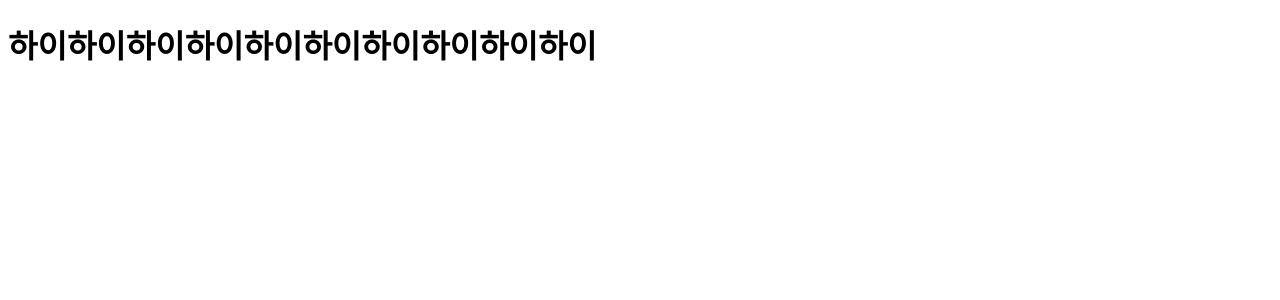
Repository: praivesi/mvc_workspace
Page: http://localhost/mvc/w20190115/jstlEx04.jsp
The author's editor kept a copy of each file at every save. The page is drawn from the files as they stood at one save, then again after the next save.
The browser window is 1280 px wide. The pictures show the whole page.
The page is served by Tomcat 9. Other server files are loaded and not shown.

Above is the page before, as saved 2019-01-15 11:33:01.

### mvc/WebContent/w20190115/jstlEx04.jsp
<%@ page language="java" contentType="text/html; charset=UTF-8"
    pageEncoding="UTF-8"%>
    <%@ taglib uri="http://java.sun.com/jsp/jstl/core" prefix="c" %>
<!DOCTYPE html>
<html>
<head>
<meta charset="UTF-8">
<title>jstlEx04.jsp</title>
</head>
<body>
	<!-- 반복문 -->
	<h1>
		<c:forEach begin="1" end="10" step="1">하이</c:forEach>
	</h1>
</body>
</html>

After the next save:
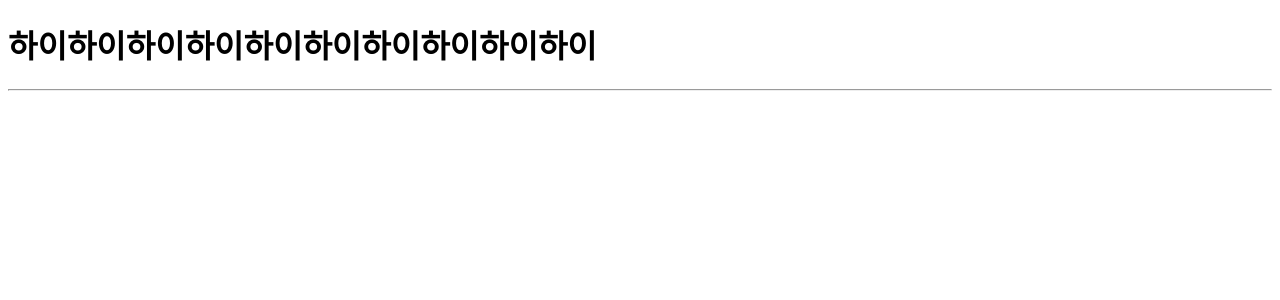
Saved 82 s later.
--- a/mvc/WebContent/w20190115/jstlEx04.jsp
+++ b/mvc/WebContent/w20190115/jstlEx04.jsp
@@ -12,5 +12,9 @@
 	<h1>
 		<c:forEach begin="1" end="10" step="1">하이</c:forEach>
 	</h1>
+	<hr/>
+	<h2>
+		<c:forEach var="i" begin="1" end="10" step="2"></c:forEach>
+	</h2>
 </body>
 </html>
